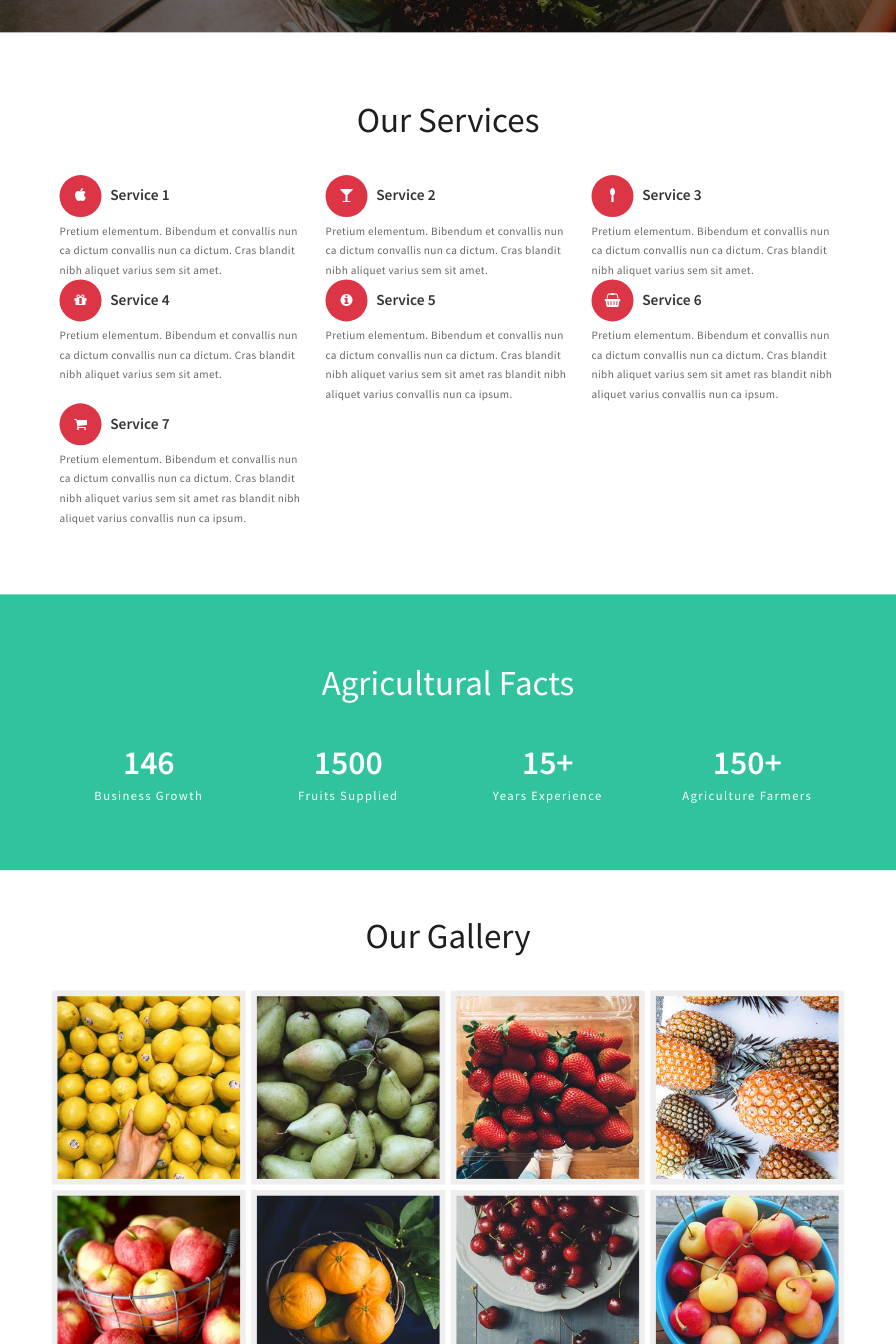
Repository: httpamit/SP-Food
Page: index.html
An editor plug-in stored every save of this project. The page is shown before and after the next save, followed by the edit.
The browser window is 1280 px wide. The pictures show the part of the page from y = 1773 to 3693 px (the page is 5047 px tall before and 4757 px after), at 70% of full size.
Backgrounds fixed to the window are drawn as part of the page.

Above is the page before, as saved 2019-02-07 22:55:32.

After the next save:
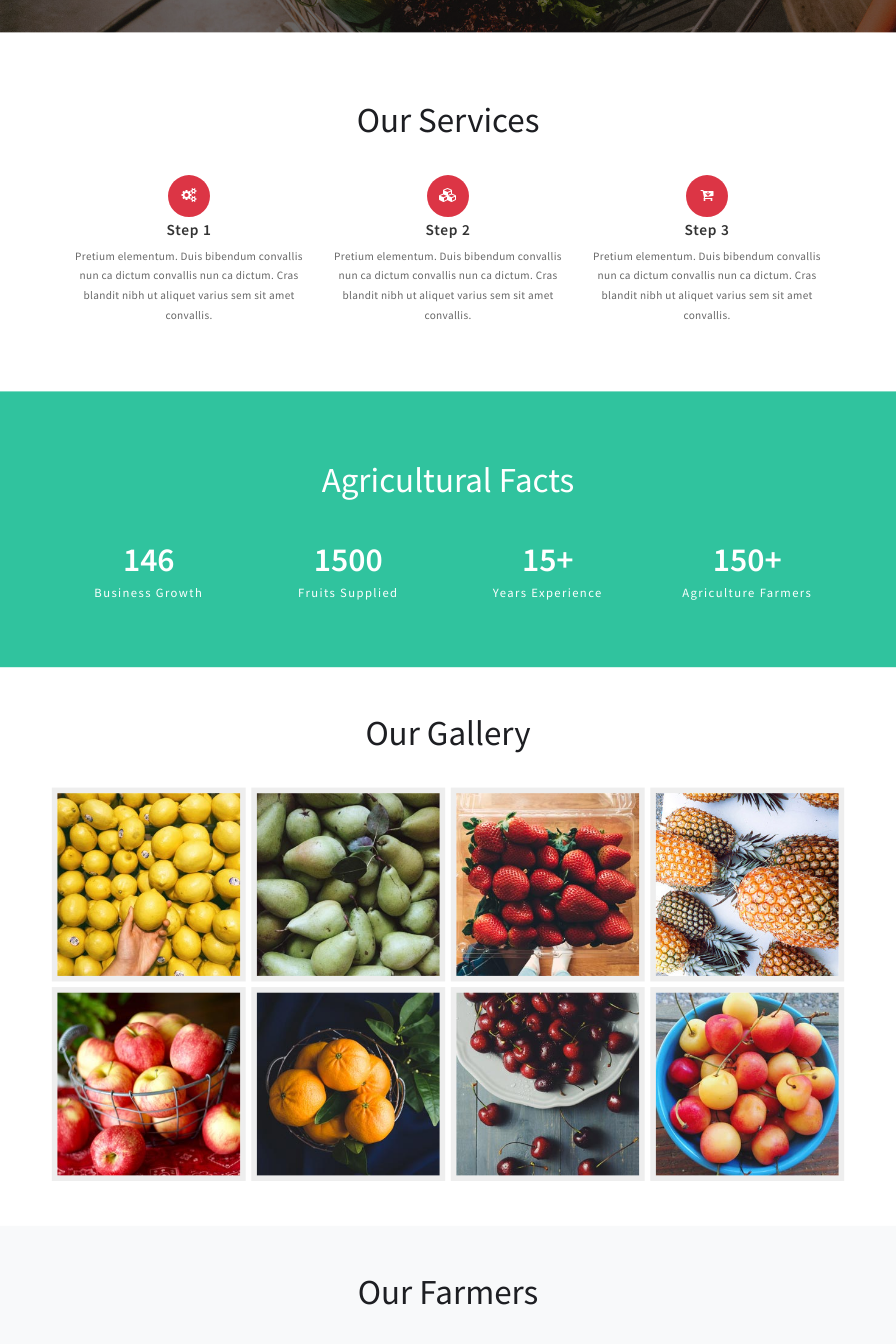
Saved 84 s later.
--- a/index.html
+++ b/index.html
@@ -187,35 +187,21 @@
 <section class="services py-5" id="services">
 	<div class="container py-md-5">
 		<h3 class="heading text-center mb-lg-5 mb-4">Our Services</h3>
-		<div class="row">
-			<div class="col-lg-4">
-				<h4><span class="fa mr-2 fa-apple"></span> Service 1</h4>
-				<p>Pretium elementum. Bibendum et convallis nun ca dictum convallis nun ca dictum. Cras blandit nibh aliquet varius sem sit amet.</p>
-			</div>
-			<div class="col-lg-4">
-				<h4><span class="fa mr-2 fa-glass"></span> Service 2</h4>
-				<p>Pretium elementum. Bibendum et convallis nun ca dictum convallis nun ca dictum. Cras blandit nibh aliquet varius sem sit amet.</p>
-			</div>
-			<div class="col-lg-4">
-				<h4><span class="fa mr-2 fa-spoon" aria-hidden="true"></span> Service 3</h4>
-				<p>Pretium elementum. Bibendum et convallis nun ca dictum convallis nun ca dictum. Cras blandit nibh aliquet varius sem sit amet.</p>
-			</div>
-			<div class="col-lg-4">
-				<h4><span class="fa mr-2 fa-gift" aria-hidden="true"></span> Service 4</h4>
-				<p>Pretium elementum. Bibendum et convallis nun ca dictum convallis nun ca dictum. Cras blandit nibh aliquet varius sem sit amet.</p>
-			</div>
-
-			<div class="col-lg-4">
-				<h4><span class="fa mr-2 fa-info-circle"></span> Service 5</h4>
-				<p>Pretium elementum. Bibendum et convallis nun ca dictum convallis nun ca dictum. Cras blandit nibh aliquet varius sem sit amet ras blandit nibh aliquet varius convallis nun ca ipsum.</p>
-			</div>
-			<div class="col-lg-4">
-				<h4><span class="fa mr-2 fa-shopping-basket" aria-hidden="true"></span> Service 6</h4>
-				<p>Pretium elementum. Bibendum et convallis nun ca dictum convallis nun ca dictum. Cras blandit nibh aliquet varius sem sit amet ras blandit nibh aliquet varius convallis nun ca ipsum.</p>
-			</div>
-			<div class="col-lg-4">
-				<h4><span class="fa mr-2 fa-shopping-cart" aria-hidden="true"></span> Service 7</h4>
-				<p>Pretium elementum. Bibendum et convallis nun ca dictum convallis nun ca dictum. Cras blandit nibh aliquet varius sem sit amet ras blandit nibh aliquet varius convallis nun ca ipsum.</p>
+		<div class="row text-center join agile-info">
+			<div class="col-lg-4 col-md-6 steps-reach w3-agile-grid">
+				<span class="fa fa-cogs"></span>
+				<h4>Step 1</h4>
+				<p>Pretium elementum. Duis bibendum convallis nun ca dictum convallis nun ca dictum. Cras blandit nibh ut aliquet varius sem sit amet convallis.</p>
+			</div>
+			<div class="col-lg-4 col-md-6 mt-md-0 mt-5 steps-reach w3-agile-grid">
+				<span class="fa fa-cubes"></span>
+				<h4>Step 2</h4>
+				<p>Pretium elementum. Duis bibendum convallis nun ca dictum convallis nun ca dictum. Cras blandit nibh ut aliquet varius sem sit amet convallis.</p>
+			</div>
+			<div class="col-lg-4 col-md-6 mt-lg-0 mt-5 steps-reach w3-agile-grid">
+				<span class="fa fa-cart-arrow-down" aria-hidden="true"></span>
+				<h4>Step 3</h4>
+				<p>Pretium elementum. Duis bibendum convallis nun ca dictum convallis nun ca dictum. Cras blandit nibh ut aliquet varius sem sit amet convallis.</p>
 			</div>
 		</div>
 	</div>
